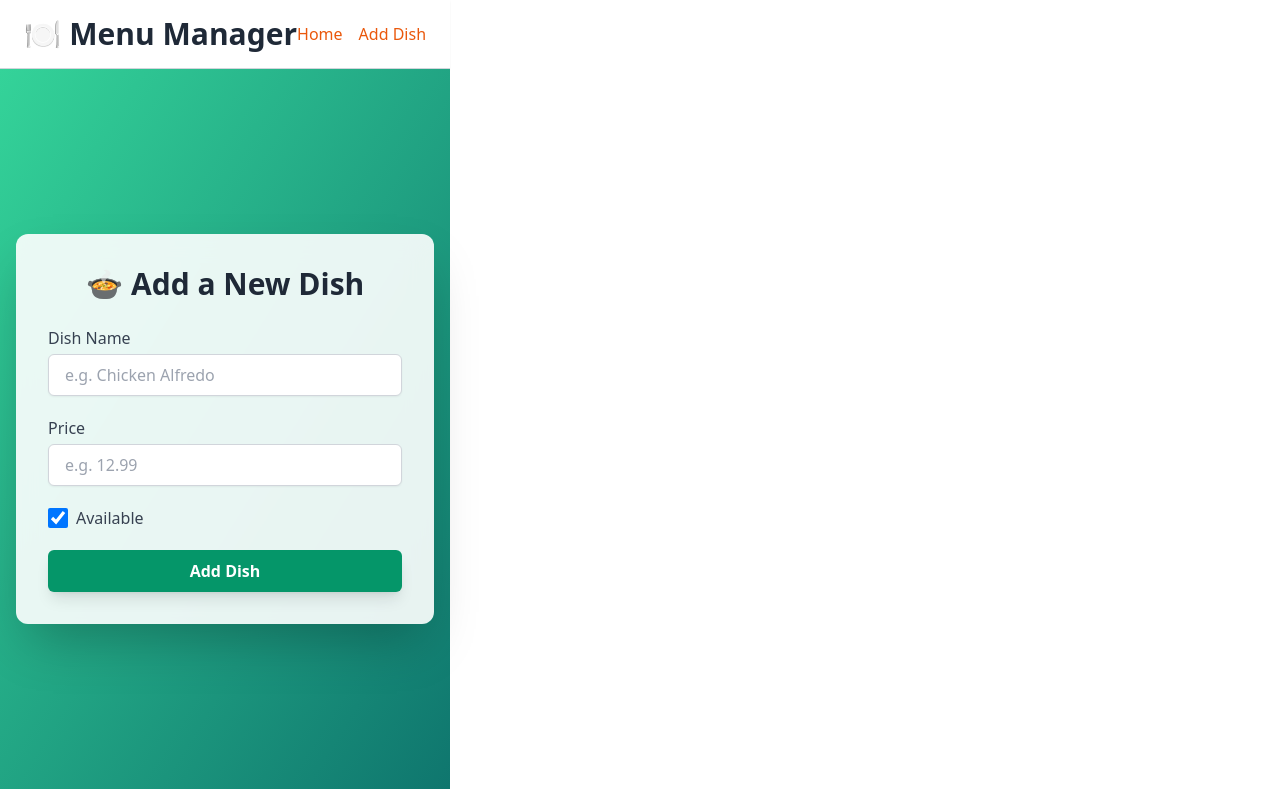
Repository: PEEZYBEE/react-hooks-phase-2-project
Page: /add (app in menu-manager/)
An editor plug-in stored every save of this project. The page is shown before and after the next save, followed by the edit.
The browser window is 1280 px wide. The pictures show the whole page.
The project was rebuilt for these pictures with package versions that can differ from the ones it lists, and the page was loaded fresh each time. Also part of the build but not shown: menu-manager/vite.config.js, menu-manager/src/components/Search.jsx, menu-manager/src/components/DishCard.jsx, menu-manager/src/components/DishList.jsx, menu-manager/src/pages/MenuPage.jsx, menu-manager/src/components/DishForm.jsx, menu-manager/src/pages/EditDishPage.jsx.

Above is the page before, as saved 2025-04-19 14:08:48.

After the next save:
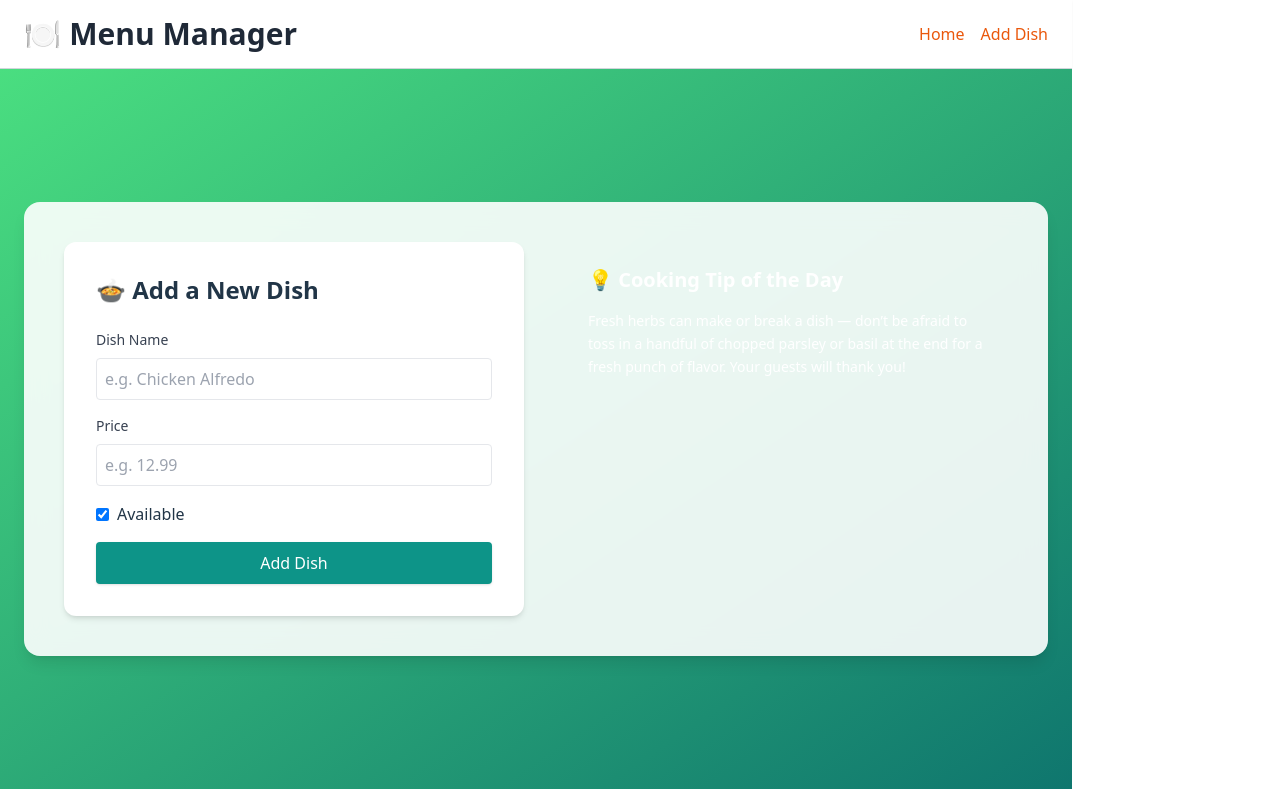
Saved 4 min 1 s later.
--- a/menu-manager/src/pages/AddDishPage.jsx
+++ b/menu-manager/src/pages/AddDishPage.jsx
@@ -1,73 +1,89 @@
 import { useState } from "react";
+import { useNavigate } from "react-router-dom";
 
-function AddDishPage({ onAddDish }) {
+function AddDishPage() {
   const [name, setName] = useState("");
   const [price, setPrice] = useState("");
   const [available, setAvailable] = useState(true);
+  const navigate = useNavigate();
 
-  const handleSubmit = (e) => {
+  function handleSubmit(e) {
     e.preventDefault();
-    const newDish = {
-      name,
-      price: parseFloat(price),
-      available,
-    };
-    onAddDish(newDish);
-    setName("");
-    setPrice("");
-    setAvailable(true);
-  };
+    const newDish = { name, price: parseFloat(price), available };
+
+    fetch("http://localhost:3001/dishes", {
+      method: "POST",
+      headers: { "Content-Type": "application/json" },
+      body: JSON.stringify(newDish),
+    })
+      .then((res) => res.json())
+      .then(() => navigate("/"));
+  }
 
   return (
-    <div className="min-h-screen bg-gradient-to-br from-emerald-400 to-teal-700 flex items-center justify-center px-4 py-12">
-      <div className="bg-white bg-opacity-90 backdrop-blur-md shadow-2xl rounded-xl p-8 max-w-md w-full">
-        <h2 className="text-3xl font-extrabold text-gray-800 mb-6 text-center">
-          🍲 Add a New Dish
-        </h2>
+    <div className="min-h-screen bg-gradient-to-br from-green-400 to-teal-700 flex items-center justify-center p-6">
+      <div className="bg-white bg-opacity-90 backdrop-blur-md rounded-2xl shadow-lg p-10 w-full max-w-5xl flex flex-col md:flex-row items-center md:items-start gap-10">
+        {/* Form Section */}
+        <form
+          onSubmit={handleSubmit}
+          className="flex-1 bg-white p-8 rounded-xl shadow-md"
+        >
+          <h2 className="text-2xl font-bold mb-6 flex items-center gap-2">
+            🍲 Add a New Dish
+          </h2>
 
-        <form onSubmit={handleSubmit} className="space-y-5">
-          <div>
-            <label className="block text-gray-700 font-medium mb-1">Dish Name</label>
-            <input
-              type="text"
-              value={name}
-              onChange={(e) => setName(e.target.value)}
-              className="w-full px-4 py-2 rounded-md border border-gray-300 focus:outline-none focus:ring-2 focus:ring-emerald-500 shadow-sm"
-              placeholder="e.g. Chicken Alfredo"
-              required
-            />
-          </div>
+          <label className="block mb-2 text-sm font-medium text-gray-700">
+            Dish Name
+          </label>
+          <input
+            type="text"
+            placeholder="e.g. Chicken Alfredo"
+            value={name}
+            onChange={(e) => setName(e.target.value)}
+            className="w-full p-2 mb-4 border rounded focus:outline-none focus:ring-2 focus:ring-teal-500"
+            required
+          />
 
-          <div>
-            <label className="block text-gray-700 font-medium mb-1">Price</label>
-            <input
-              type="number"
-              step="0.01"
-              value={price}
-              onChange={(e) => setPrice(e.target.value)}
-              className="w-full px-4 py-2 rounded-md border border-gray-300 focus:outline-none focus:ring-2 focus:ring-emerald-500 shadow-sm"
-              placeholder="e.g. 12.99"
-              required
-            />
-          </div>
+          <label className="block mb-2 text-sm font-medium text-gray-700">
+            Price
+          </label>
+          <input
+            type="number"
+            step="0.01"
+            placeholder="e.g. 12.99"
+            value={price}
+            onChange={(e) => setPrice(e.target.value)}
+            className="w-full p-2 mb-4 border rounded focus:outline-none focus:ring-2 focus:ring-teal-500"
+            required
+          />
 
-          <div className="flex items-center space-x-2">
+          <label className="inline-flex items-center mb-4">
             <input
               type="checkbox"
               checked={available}
               onChange={(e) => setAvailable(e.target.checked)}
-              className="w-5 h-5 text-emerald-600 focus:ring-emerald-500 border-gray-300 rounded"
+              className="mr-2"
             />
-            <label className="text-gray-700">Available</label>
-          </div>
+            Available
+          </label>
 
           <button
             type="submit"
-            className="w-full bg-emerald-600 hover:bg-emerald-700 text-white font-semibold py-2 px-4 rounded-md transition-all duration-200 shadow-lg"
+            className="w-full bg-teal-600 hover:bg-teal-700 text-white py-2 px-4 rounded shadow"
           >
             Add Dish
           </button>
         </form>
+
+        {/* Side Content */}
+        <div className="hidden md:block flex-1 text-white p-6">
+          <h3 className="text-xl font-semibold mb-4">
+            💡 Cooking Tip of the Day
+          </h3>
+          <p className="text-sm leading-relaxed">
+            Fresh herbs can make or break a dish — don’t be afraid to toss in a handful of chopped parsley or basil at the end for a fresh punch of flavor. Your guests will thank you!
+          </p>
+        </div>
       </div>
     </div>
   );
